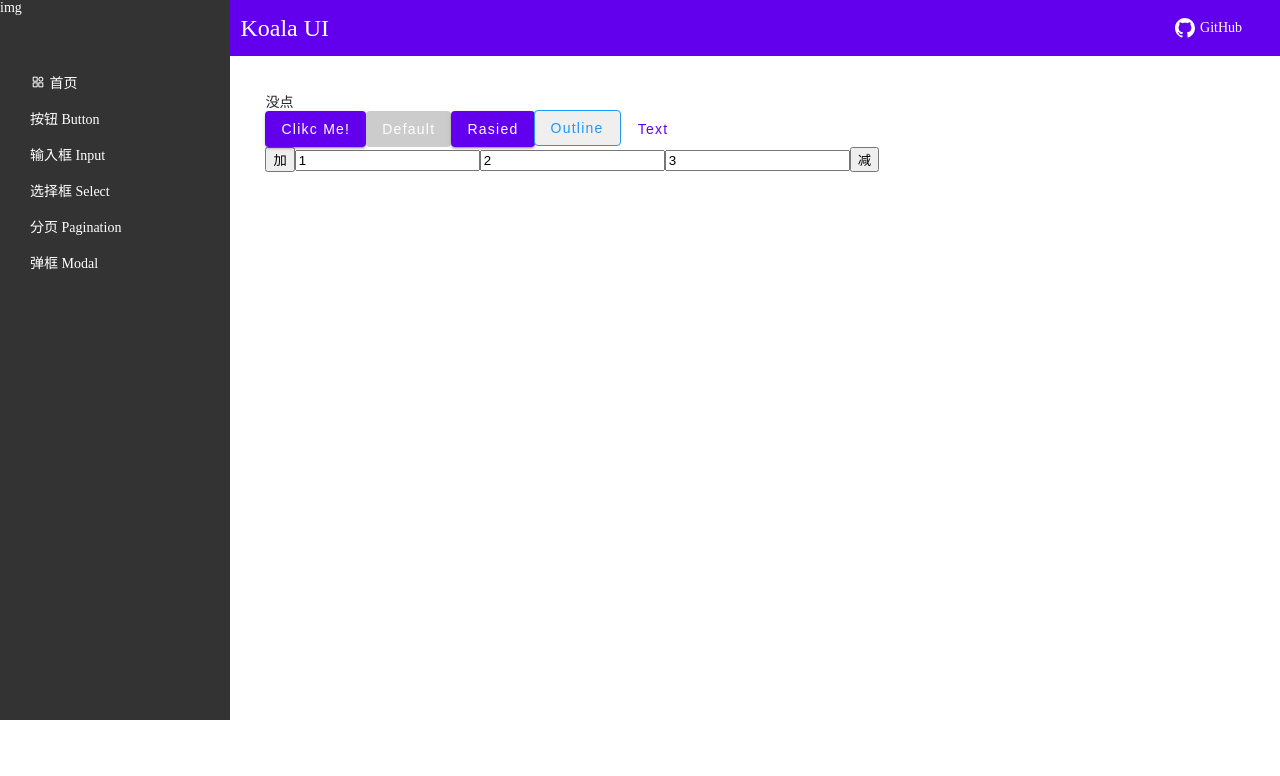
Repository: wyhsunflower/koalaUI
Page: /
The author's editor kept a copy of each file at every save. The page is drawn from the files as they stood at one save, then again after the next save.
The browser window is 1280 px wide. The pictures show the whole page.
The project was rebuilt for these pictures with package versions that can differ from the ones it lists, and the page was loaded fresh each time. Also part of the build but not shown: webpack.config.js, src/components/Modal/Modal.vue. Imported but missing from the stored project, and not drawn on this page: src/views/go/go2.vue.

Above is the page before, as saved 2020-03-19 19:13:41.

### index.html
<!DOCTYPE html>
<html lang="en">
<head>
    <meta charset="UTF-8">
    <title>koala's UI</title>
</head>
<body>
<div id="app"></div>
</body>
</html>

### src/index.js
import Vue from 'vue';
import App from './app';
import './components/components.js'
import './styles/global.scss';
import './styles/iconfont/icon.scss'
import router from './router/route';


new Vue({
    router,
    render(h) {
        return h(App);
    }
}).$mount('#app');

### src/app.vue
<template>
    <div id="app" class="container">
        <SideBar></SideBar>
        <div class="right">
            <Header></Header>
            <div class="main">
                <transition>
                 <router-view></router-view>
                </transition>
            </div>
        </div>
    </div>
</template>
<script>
    import SideBar from './SideBar';
    import Header from './Header';
    export default {
        name: "app",
        components:{
            SideBar,
            Header
        },
    }
</script>

<style lang="scss" scoped>
    @import "styles/global";
    .container{
        width: 100%;
        display: flex;
        flex-flow: row nowrap;
        height: 100%;
    }
    .right{
        width: 82%;
        height: 100%;
    }
        .main{
            width: 100%;
            height: 100%;
            padding:2.5rem;
        }
</style>

### src/components/components.js
import Vue from 'vue'
import Button from './Button/Button';
import Modal from './Modal/Modal';

Vue.component('Button',Button);
Vue.component('Modal',Modal);

### src/styles/global.scss
$font-color: rgba(0,0,0, 0.87);
$color-btn-default:#ccc;
$color-btn-primary:#2196f3;
$color-btn-custom:#6200ee;
* {
    box-sizing: border-box;
}
html, body {
    margin: 0;
    padding: 0;
    font-size: 14px;
}
html{
    width: 100%;
    height: 100%;
    outline: none;
    font-size: 14px;
}
body {
    color: $font-color;
    font-size: 14px;
    height: 100%;
    width: 100%;
}
.koala-button{

    -moz-osx-font-smoothing: grayscale;
    -webkit-font-smoothing: antialiased;
    font-size: 1rem;
    line-height: 2.25rem;
    font-weight: 500;
    letter-spacing: .0892857143em;
    text-decoration: none;
    display: inline-flex;
    position: relative;
    align-items: center;
    justify-content: center;
    box-sizing: border-box;
    min-width: 64px;
    border: none;
    outline: none;
    line-height: 1;
    -webkit-user-select: none;
    -moz-user-select: none;
    -ms-user-select: none;
    user-select: none;
    -webkit-appearance: none;
    overflow: visible;
    vertical-align: middle;
    border-radius: 4px;
    cursor: pointer;

    padding: 0 1.145rem;
    min-width: 4.5rem;
    color: #fff;
    height: 2.572rem;
}

### src/styles/iconfont/icon.scss
@font-face {font-family: "iconfont";
  src: url('./iconfont.eot?t=1575969178796'); /* IE9 */
  src: url('./iconfont.eot?t=1575969178796#iefix') format('embedded-opentype'), /* IE6-IE8 */
       url('./iconfont.woff?t=1575969178796') format('woff'),
       url('./iconfont.ttf?t=1575969178796') format('truetype'), /* chrome, firefox, opera, Safari, Android, iOS 4.2+ */
       url('./iconfont.svg?t=1575969178796#iconfont') format('svg'); /* iOS 4.1- */
}
.iconfont {
  font-family: "iconfont" !important;
  font-size: 16px;
  font-style: normal;
  -webkit-font-smoothing: antialiased;
  -moz-osx-font-smoothing: grayscale;
}
.icon-all:before {
  content: "\e6ef";
}

### src/router/route.js
import Router from 'vue-router';
import Vue from 'vue';
//import Home from '../app';
//import Button from '../components/Button/Button';
import Home from '../views/home';


const routerListDir=[];

function importAllRouter(r) {
    r.keys().forEach(
        (key)=>routerListDir.push(r(key).default)
    )
}

importAllRouter(require.context('../router',true,/\.router\.js/));
Vue.use(Router);
console.log(routerListDir);

export default new Router({
    routes: [
        ...routerListDir,
        { path: '/',component:Home},
        //{ path: '/button',component:Button},
    ]
});

### src/SideBar.vue
<template>
    <div class="side">
        <div class="top">
            <div>img</div>
            <!--<img src="./static/img/logo.jpg">-->
        </div>
        <ul class="side-list">
            <li v-for="x of lists">
                <i class="iconfont" :class="x.icon"></i>
                {{x.name}}
            </li>
        </ul>
    </div>
</template>

<script>
    export default {
        name: "SideBar",
        data(){
            return{
                lists:[
                    {
                        name:'首页',
                        icon:'icon-all',
                    },
                    {
                        name:'按钮 Button',
                        icon:'button',
                    },
                    {
                        name:'输入框 Input',
                        icon:'input',
                    },
                    {
                        name:'选择框 Select',
                        icon:'select',
                    },
                    {
                        name:'分页 Pagination',
                        icon:'pagination',
                    },
                    {
                        name:'弹框 Modal',
                        icon:'modal',
                    },
                ],
            }
        },
    }
</script>

<style lang="scss" scoped>
    .side {
        max-width: 300px;
        width: 18%;
        background: rgba(0,0,0,.8);
        height: 100%;
        color: #fff;
    }
    .top {
        height: 50px;
    }
    ul{
        list-style: none;
        padding: 0;
    }
    li{
        padding: 8px 30px;
        &:hover{background: rgba(0,0,0,.2);}
    }
</style>

### src/Header.vue
<template>
    <div class="header">
        <div class="title">Koala UI</div>
        <div class="right">
            <!-- <div class="search">GitHub</div> -->
            <div class="config">
                <svg width="20" height="20" viewBox="0 0 20 20" xmlns="http://www.w3.org/2000/svg">
                <title>github-circle-white-transparent</title>
                    <path d="M10 0C4.477 0 0 4.477 0 10c0 4.42 2.87 8.17 6.84 9.5.5.08.66-.23.66-.5v-1.69c-2.77.6-3.36-1.34-3.36-1.34-.46-1.16-1.11-1.47-1.11-1.47-.91-.62.07-.6.07-.6 1 .07 1.53 1.03 1.53 1.03.87 1.52 2.34 1.07 2.91.83.09-.65.35-1.09.63-1.34-2.22-.25-4.55-1.11-4.55-4.92 0-1.11.38-2 1.03-2.71-.1-.25-.45-1.29.1-2.64 0 0 .84-.27 2.75 1.02.79-.22 1.65-.33 2.5-.33.85 0 1.71.11 2.5.33 1.91-1.29 2.75-1.02 2.75-1.02.55 1.35.2 2.39.1 2.64.65.71 1.03 1.6 1.03 2.71 0 3.82-2.34 4.66-4.57 4.91.36.31.69.92.69 1.85V19c0 .27.16.59.67.5C17.14 18.16 20 14.42 20 10A10 10 0 0 0 10 0z" fill="#FFF" fill-rule="evenodd"/>
                </svg>
                <div class="github">GitHub</div>
            </div>
        </div>
    </div>
</template>

<script>
    export default {
        name: "Header"
    }
</script>

<style lang="scss" scoped>
    .header{
        width: 100%;
        display: flex;
        justify-content: space-between;
        align-items: center;
        background-color:#6200ee;
        height:56px;
    }
    .title{
        width: 70%;
        color:#fff;
        font-size:24px;
        padding-left:10px;
    }
    .right{
        width: 10%;
    }
    .config{
        display:flex;
        align-items:center;
        cursor:pointer;
    }
    .github{
        color:#fff;
        font-size: 1rem;
        padding-left:5px;
    }
</style>

### src/components/Button/Button.vue
<template>
    <component
            class="koala-button"
            :class="buttonType"
            is="button"
            @click="onClick"
    >
        <slot></slot>
    </component>
</template>

<script>
    //type color icon
    export default {
        name: "Button",
        // ['type','color','diabled','size'],
        props: {
            type:{
                type: String,
                default:'default', // 'default', 'rasied , 'text', 'outline'
            },
            color:{
                type: String,
                default: 'default', // 'default', 'primary', 'custom'
            },
            size:{
                type: String,
                default: 'normal' // 'small', 'normal', 'large','custom'
            },
            disabled: {
                type: Boolean,
                default: false
            }
        },
        data(){
            return{
            }
        },
        components:{

        },
        computed:{
            buttonType(){
                const buttonClass = {
                    "outline": [`koala-button-${this.type}`,`koala-button-ouline-color-${this.color}`],
                    "text": [`koala-button-${this.type}`,`koala-button-text-color-${this.color}`],
                    "default": [`koala-button-${this.type}`,`koala-button-color-${this.color}`],
                    "rasied": [`koala-button-${this.type}`,`koala-button-color-${this.color}`],
                }
                return buttonClass[this.type]
            },
        },
        methods:{
            onClick(e){
                this.$emit('click', e);
            }
        },
        mounted(){
        },
    }
</script>

<style lang="scss" scoped >
    @import "../../styles/global.scss";
// .koala-button{
//     background-color:#ccc;
//     min-width: 4.5rem;
//     border-radius: .25rem;
//     color: #fff;
//     font-size: .875rem;
//     font-weight: 300;
//     box-sizing: border-box;
//     position: relative;
//     -webkit-user-select: none;
//     -moz-user-select: none;
//     -ms-user-select: none;
//     user-select: none;
//     cursor: pointer;
//     outline: none;
//     border: none;
//     -webkit-tap-highlight-color: transparent;
//     display: inline-block;
//     white-space: nowrap;
//     text-decoration: none;
//     vertical-align: baseline;
//     text-align: center;
//     margin: 0;
//     min-width: 64px;
//     line-height: 36px;
//     padding: 0 16px;
//     border-radius: 4px;
//     overflow: visible;
//     transform: translate3d(0, 0, 0);
//     transition: background 400ms cubic-bezier(0.25, 0.8, 0.25, 1),box-shadow 280ms cubic-bezier(0.4, 0, 0.2, 1);
// }
    .koala-button-default{
        box-shadow: 0 0 0 0 rgba(0,0,0,.2), 0 0 0 0 rgba(0,0,0,.14), 0 0 0 0 rgba(0,0,0,.12);
    }
    .koala-button-rasied{
        box-shadow: 0px 3px 1px -2px rgba(0, 0, 0, 0.2), 0px 2px 2px 0px rgba(0, 0, 0, 0.14), 0px 1px 5px 0px rgba(0,0,0,.12);
        transition: box-shadow 280ms cubic-bezier(0.4, 0, 0.2, 1);
    }
    .koala-button-text{
        background-color: transparent;
        // color: $color-btn-primary;
    }
    .koala-button-outline{
        top: -1px;
        left: -1px;
        // border: 1px solid transparent;
        // color:$color-btn-primary;
        // border-color: $color-btn-primary;
    }
    .koala-button-color-default{
        background-color:$color-btn-default;
    }
    .koala-button-color-primary{
        background-color:$color-btn-primary;
    }
    .koala-button-color-custom{
        background-color:$color-btn-custom;
    }
    .koala-button-ouline-color-default{
        border: 1px solid transparent;
        color:$color-btn-default;
        border-color: $color-btn-default;
    }
    .koala-button-ouline-color-primary{
        border: 1px solid transparent;
        color:$color-btn-primary;
        border-color: $color-btn-primary;
    }
    .koala-button-ouline-color-custom{
        border: 1px solid transparent;
        color:$color-btn-custom;
        border-color: $color-btn-custom;
    }
    .koala-button-text-color-default{
        color: $color-btn-default;
    }
    .koala-button-text-color-primary{
        color: $color-btn-primary;
    }
    .koala-button-text-color-custom{
        color: $color-btn-custom;
    }
</style>

### src/views/home.vue
<template>
    <div class="main-container">
        <div>{{message}}</div>
        <Button @click="showModal" type="rasied" color="custom">Clikc Me!</Button>
        <Modal v-if="modal" :self="this" :confirmCallback="confirmWay" :cancelCallback="cancelWay">
            <div>Modal组件</div>
            <div>Modal组件</div>
            <div>Modal组件</div>
            <div>Modal组件</div>
            <div>Modal组件</div>
            <div>Modal组件</div>
        </Modal>
        <Button @click="clicked('default')" type="default" color="default">Default</Button>
        <Button @click="clicked('rasied')" type="rasied" color="custom">Rasied</Button>
        <Button @click="clicked('outline')" type="outline" color="primary">Outline</Button>
        <Button @click="clicked('text')" type="text" color="custom">Text</Button>
        <div>
        <button click="">加</button>
        <input type="number"  value="1">
        <input type="number" value="2">
        <input type="number" value="3">
        <button click="">减</button>
        </div>
    </div>
</template>

<script>
    // import Modal from '../components/Modal/Modal.vue'
    // import Button from '../components/Button/Button.vue'
    export default {
        name: "home",
        data(){
            return{
                modal:false,
                message:'没点'
            }
        },
        // components:{
        //     Button
        // },
        methods:{
            showModal(){
                this.modal = true
            },
            confirmWay(){
                this.message = '确定'
            },
            cancelWay(){
                this.message = '取消了'
            },
            clicked(name){
                alert(name)
            },
        },
    }
</script>

<style scoped>

</style>

### src/router/button.router.js
import Button from '../components/Button/Button';
export default {
    path: '/button',
    name: 'button',
    component:Button,
    children:[]
}

### src/router/modal.router.js
import Modal from '../components/Modal/Modal';
export default {
    path: '/modal',
    name: 'modal',
    component:Modal,
}

### src/router/sample.router.js
import Sample from '../views/go/go2.vue';
export default {
    path: '/sample',
    name: 'sample',
    component:Sample,
}

After the next save:
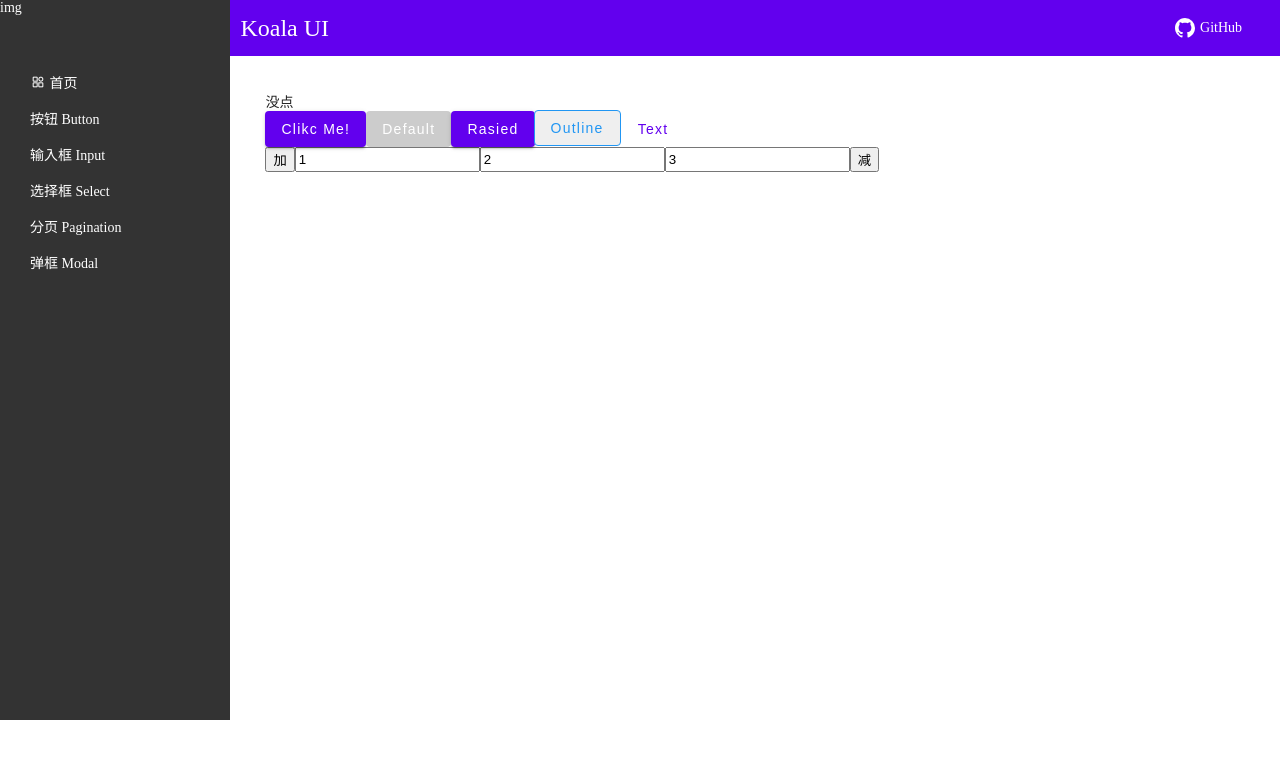
Saved 99 s later.
--- a/src/views/home.vue
+++ b/src/views/home.vue
@@ -14,7 +14,7 @@
         <Button @click="clicked('rasied')" type="rasied" color="custom">Rasied</Button>
         <Button @click="clicked('outline')" type="outline" color="primary">Outline</Button>
         <Button @click="clicked('text')" type="text" color="custom">Text</Button>
-        <div>
+        <div class="time-picker">
         <button click="">加</button>
         <input type="number"  value="1">
         <input type="number" value="2">
@@ -55,6 +55,9 @@
     }
 </script>
 
-<style scoped>
-
+<style lang="scss" scoped>
+.time-picker{
+    display: flex;
+    flex-flow: row nowrap;
+}
 </style>
